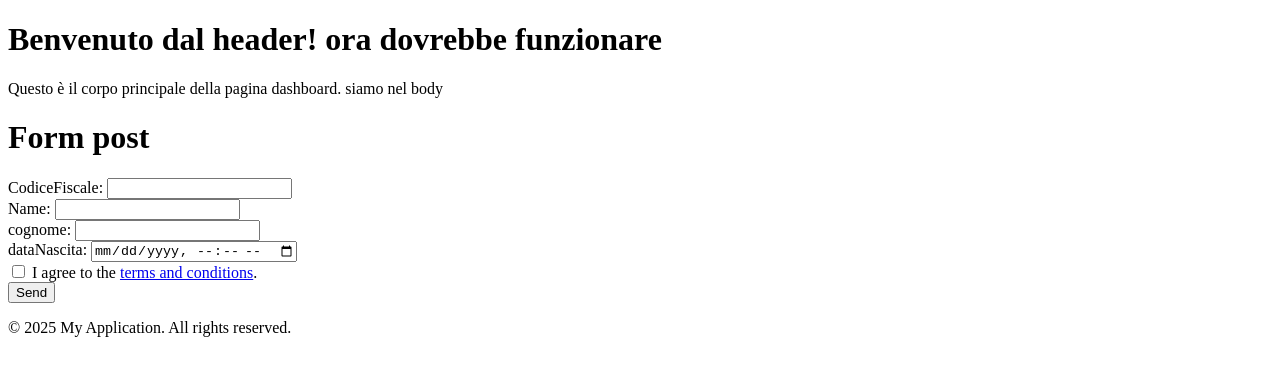
Repository: PcarloP/java_se
Page: http://localhost/anagraficaweb/jsp/login.jsp
These files come from the project's save history. The page is drawn as it stood at one moment and after the next save; the edit follows.
The browser window is 1280 px wide. The pictures show the whole page.
The page is served by Tomcat 10.

Above is the page before, as saved 2025-06-22 10:37:49.

After the next save:
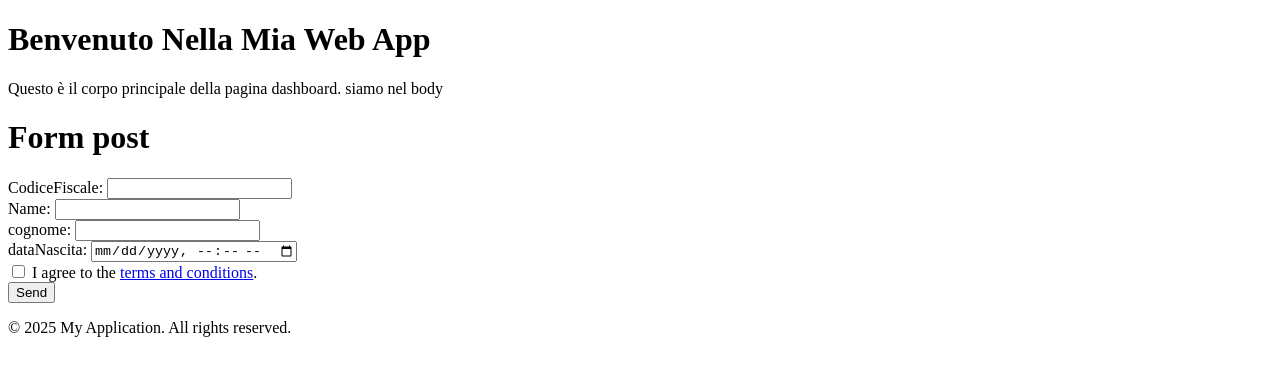
Saved 4 min 54 s later.
--- a/anagraficaweb/WebContent/jsp/header.jsp
+++ b/anagraficaweb/WebContent/jsp/header.jsp
@@ -1,2 +1,2 @@
 <!-- header.jsp -->
-<h1>Benvenuto dal header! ora dovrebbe funzionare</h1>
+<h1>Benvenuto Nella Mia Web App</h1>
